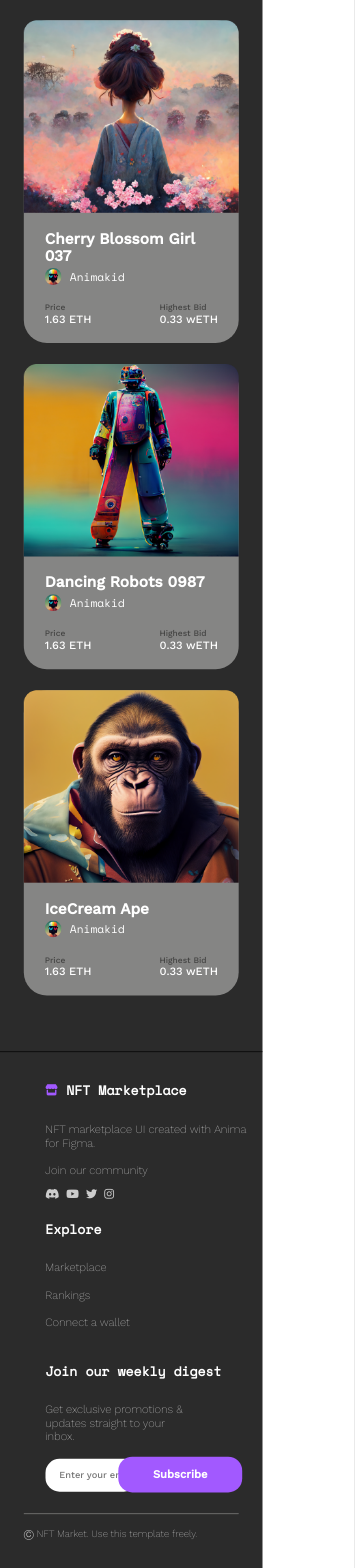
Repository: levananh202ht/NFT_Marketplace
Page: index.html
An editor plug-in stored every save of this project. The page is shown before and after the next save, followed by the edit.
The browser window is 375 px wide. The page is 507 px wide, so the pictures cover 507 px, including what lies to the right of the window. The pictures show the part of the page from y = 3790 to 6030 px (the page is 6030 px tall before and 6011 px after), at 70% of full size.

Above is the page before, as saved 2023-12-11 02:46:42.

After the next save:
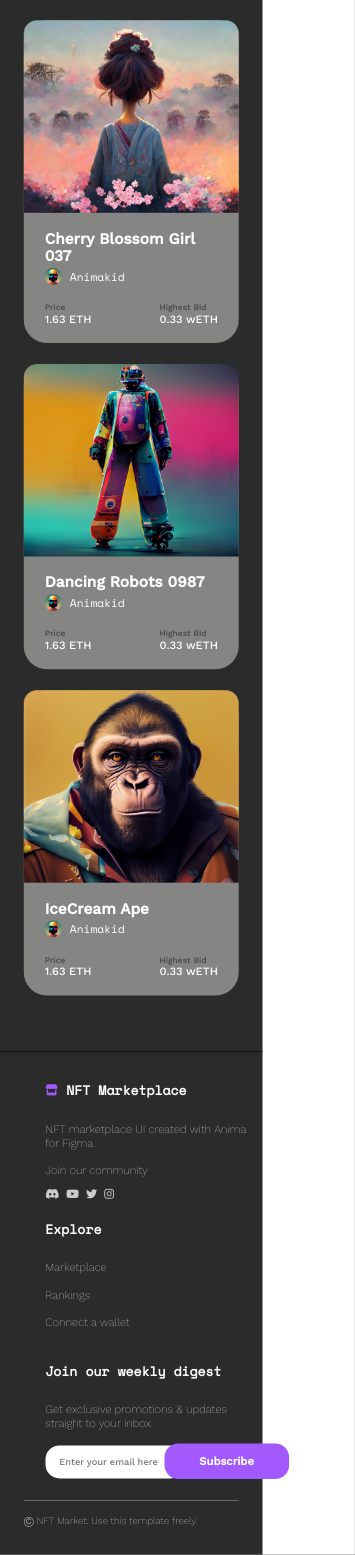
Saved 20 s later.
--- a/responsive.css
+++ b/responsive.css
@@ -125,6 +125,6 @@
     }
     .nft_footer .nft_footer-info .nft_footer-info-item3 {
         padding-left: 0;
-        width: 120%;
+        width: 180%;
     }
 }
